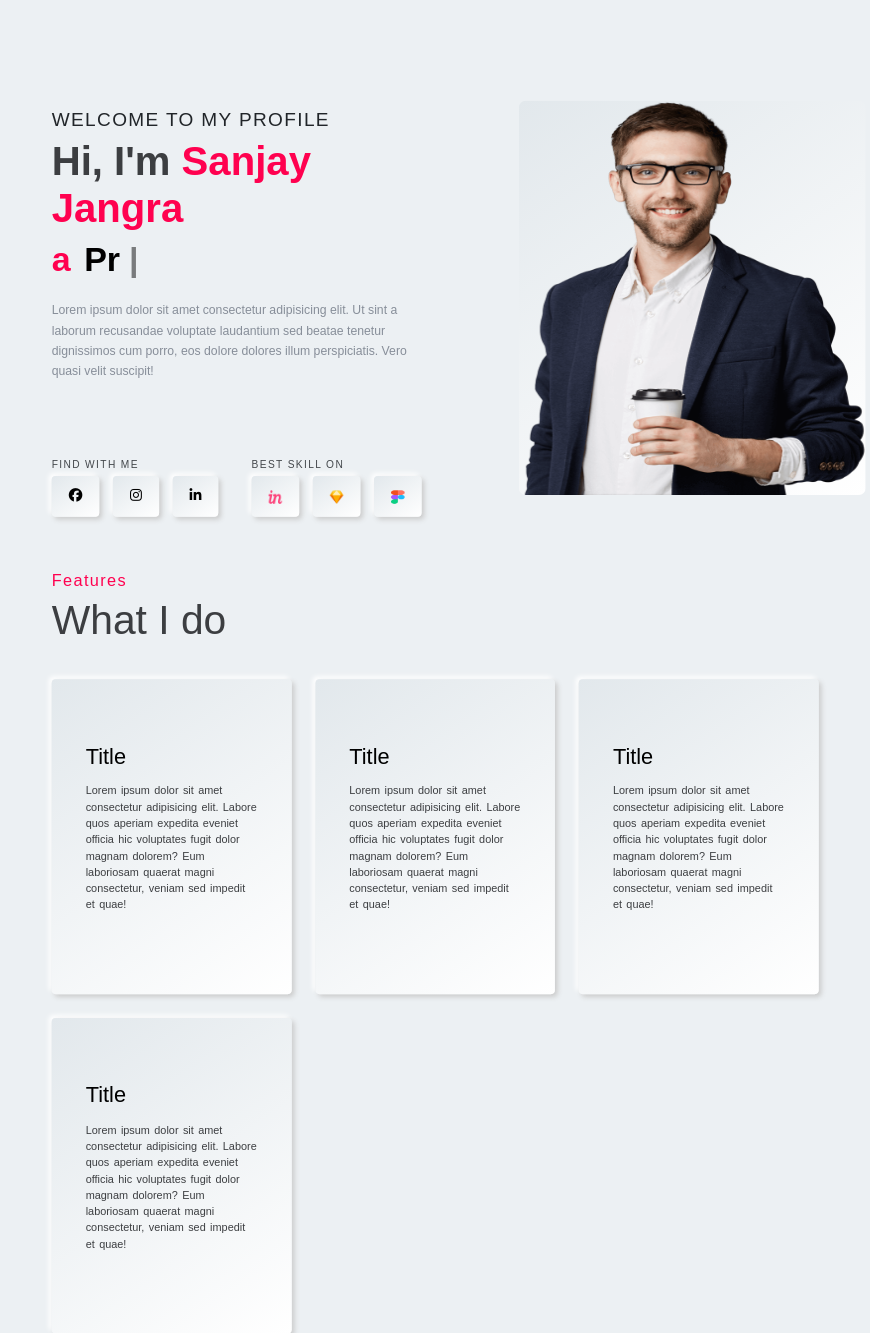
Repository: Sanjayjangra88/PortFolio
Page: /
These files come from the project's save history. The page is drawn as it stood at one moment and after the next save; the edit follows.
The browser window is 1280 px wide. The pictures show the whole page, at 68% of full size.
Some web libraries are served in a nearby version. The project was rebuilt for these pictures with package versions that can differ from the ones it lists, and the page was loaded fresh each time. Also part of the build but not shown: src/Components/Header/Header.jsx.

Above is the page before, as saved 2022-09-10 22:20:13.

After the next save:
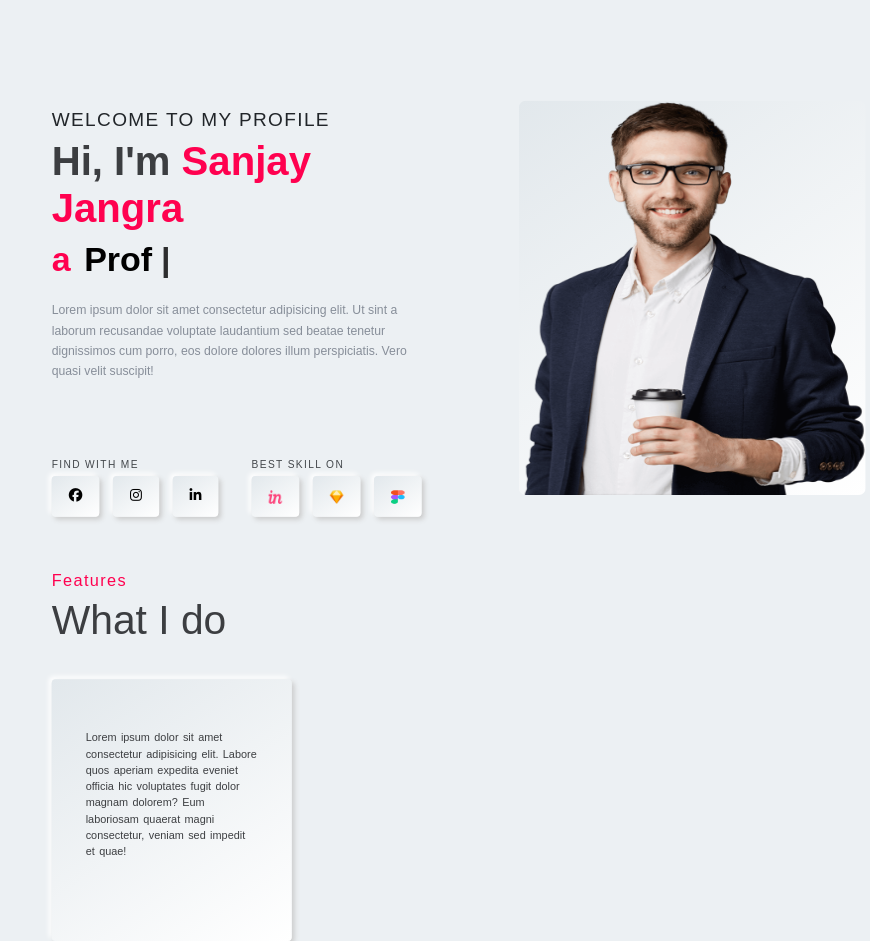
Saved 58 s later.
--- a/src/Components/Features/Features.jsx
+++ b/src/Components/Features/Features.jsx
@@ -13,25 +13,6 @@ const Features = () => {
             <div className="content grid">
                 <div className="box btn_shadow">
                     <img src=''alt=''/>
-                    <h2>Title</h2>
-                    <p>Lorem ipsum dolor sit amet consectetur adipisicing elit. Labore quos aperiam expedita eveniet officia hic voluptates fugit dolor magnam dolorem? Eum laboriosam quaerat magni consectetur, veniam sed impedit et quae!</p>
-                     <a href=''><i className='fas fa-arrow-right'></i></a>
-                </div>
-                <div className="box btn_shadow">
-                    <img src=''alt=''/>
-                    <h2>Title</h2>
-                    <p>Lorem ipsum dolor sit amet consectetur adipisicing elit. Labore quos aperiam expedita eveniet officia hic voluptates fugit dolor magnam dolorem? Eum laboriosam quaerat magni consectetur, veniam sed impedit et quae!</p>
-                     <a href=''><i className='fas fa-arrow-right'></i></a>
-                </div>
-                <div className="box btn_shadow">
-                    <img src=''alt=''/>
-                    <h2>Title</h2>
-                    <p>Lorem ipsum dolor sit amet consectetur adipisicing elit. Labore quos aperiam expedita eveniet officia hic voluptates fugit dolor magnam dolorem? Eum laboriosam quaerat magni consectetur, veniam sed impedit et quae!</p>
-                     <a href=''><i className='fas fa-arrow-right'></i></a>
-                </div>
-                <div className="box btn_shadow">
-                    <img src=''alt=''/>
-                    <h2>Title</h2>
                     <p>Lorem ipsum dolor sit amet consectetur adipisicing elit. Labore quos aperiam expedita eveniet officia hic voluptates fugit dolor magnam dolorem? Eum laboriosam quaerat magni consectetur, veniam sed impedit et quae!</p>
                      <a href=''><i className='fas fa-arrow-right'></i></a>
                 </div>
